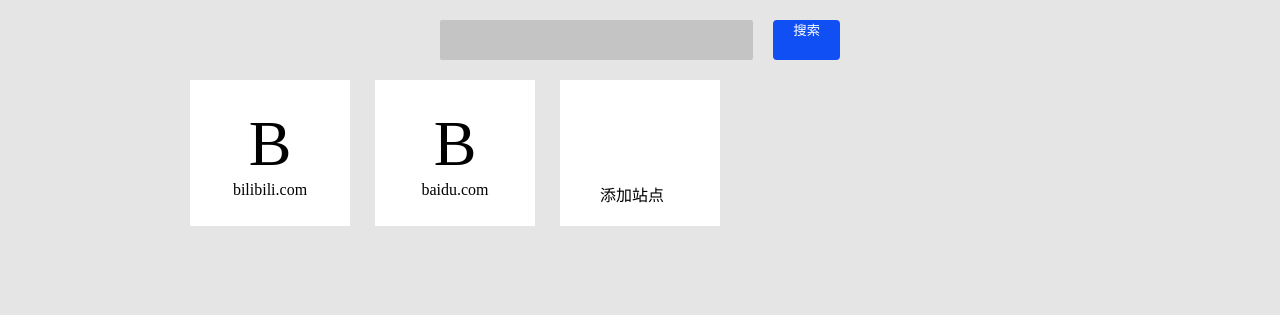
Repository: chenguocan/-
Page: src/index.html
The author's editor kept a copy of each file at every save. The page is drawn from the files as they stood at one save, then again after the next save.
The browser window is 1280 px wide. The pictures show the whole page.

Above is the page before, as saved 2020-08-12 15:16:42.

### src/index.html
<!DOCTYPE html>
<html lang="en">

<head>
    <meta charset="UTF-8">
    <meta name="viewport"
        content="width=device-width,initial-scale=1,minimum-scale=1,maximum-scale=1,user-scalable=no,viewport-fit=cover">
    <meta http-equiv="X-UA-Compatible" content="ie=edge">
    <title>前端导航</title>
    <link rel="stylesheet" href="./style.css">
    <style type="text/css">
        .icon {
            width: 1em;
            height: 1em;
            vertical-align: -0.15em;
            fill: currentColor;
            overflow: hidden;
        }
    </style>
</head>

<body>
    <header class="globalHeader">
        <form class="searchForm" method="get" action="https://www.baidu.com/s">
            <input name="wd" type="text" />
            <button class="searchButton">搜索</button>
        </form>
    </header>
    <main class="globalMain">
        <ul class="siteList">
            <li class="addButton siteUrl">
                <div class="logo">
                    <svg class="icon" aria-hidden="true" style="width: 5em; height:5em">
                        <use xlink:href="#icon-jiahao"></use>
                    </svg>
                    <div class="site">添加站点</div>
                </div>
            </li>
        </ul>
    </main>
    <script src="https://cdn.bootcdn.net/ajax/libs/jquery/3.5.1/jquery.slim.min.js"></script>
    <script src="//at.alicdn.com/t/font_2000749_640re2b3w3g.js"></script>
    <script src="./main.js"></script>
</body>

</html>

### src/style.css
*{
    margin: 0;
    padding: 0;
    box-sizing: border-box;
}
*::before{
    margin: 0;
    padding: 0;
    box-sizing: border-box;
}
*::after{
    margin:0;
    padding: 0;
    box-sizing: border-box;
}
body{
    background:#E5E5E5;
}
ul>li{
    list-style: none;
}
a{
    text-decoration: none;
    color: inherit;
}
.searchForm {
    margin:20px;
    display: flex;
    flex-direction: row;
    flex-wrap: nowrap;
    justify-content: space-between;
}
.globalHeader >.searchForm > input{
    margin: auto;
    width: 100%;
    border: none;
    height: 40px;
    border-radius: 2px;
    background: #C4C4C4;
    padding-left: 10px;
}

.globalMain {
    max-width: 900px;
    margin-left: auto;
    margin-right: auto;
  }
@media(min-width:500px){
    .searchForm{
        max-width: 400px;
        margin-left: auto;
        margin-right: auto;
    }
}
.globalHeader >.searchForm> .searchButton{
    display: flex;
    white-space: nowrap;
    border: none;
    color:white;
    margin-left: 20px;
    background:#0F4FF3;
    border-radius:4px;
    padding:0 20px;
}
.siteList {
    margin: 20px;
    display: flex;
    flex-wrap: wrap;
    justify-content: space-between;
  }

  @media (min-width: 500px){
    .siteList{
      margin-left: 0;
      margin-right: -25px;
      justify-content: flex-start;
    }
  }
.siteList .siteBox,.addButton{
    display: flex;
    flex-direction: column;
    justify-content: center;
    align-items: center;
    flex-wrap: wrap;
    height: 146px;
    width: 160px;
    margin-bottom: 10px;
    background:#FFFFFF;
}
@media(min-width:500px){
    .siteList .siteBox,.addButton{
        margin-right: 25px;

    }
}
.siteList .siteBox>.logo{
    font-size: 64px;
}
.siteList .siteBox>.site{
    font-size:16px;
}
.siteBox{
    position: relative;

}
.delete{
    display: inline-block;
    position: absolute;
    right: 0;
    top: 0;
}
.delete>.icon{
    display: none;
    width: 30px;
    height: 30px;
}
.siteList .siteBox:hover>.delete>.icon{
    display: block;
}

### src/main.js
const $siteList = $(".siteList");
const $addButton = $(".addButton");
const $lastLi = $siteList.find('li.last')
const x = localStorage.getItem('x');
const xObject = JSON.parse(x);
const hashMap = xObject || [
    {
        logo: "B",
        url: "https://www.bilibili.com",
    },
    {
        logo: "D",
        url: "https://www.baidu.com"
    }
];
const replaceUrl = ((url) => {
    return url.replace("http://", "").replace("https://", "").replace("www.", "").replace(/\/.*/, '')
})
const hashMapList = () => {
    $siteList.find("li:not(.addButton)").remove();
    hashMap.forEach((item, index) => {
        let $string = $(`
    <li class="site">
        <a href="${item.url}">
            <div class="siteBox">
                <div class="logo">${replaceUrl(item.url)[0].toUpperCase()}</div>
                <div class="siteUrl">${replaceUrl(item.url)}</div>
                <div class="delete">
                <svg class="icon" aria-hidden="true">
                   <use xlink:href="#icon-cha"></use>
                </svg>
               </div>
             </div>
        </a>
    </li>
    `).insertBefore($addButton);
        $(".delete>svg").on('click', (e) => {
            e.stopPropagation(); // 阻止冒泡
            hashMap.splice(index, 1);
            hashMapList();
        })
    })
}
hashMapList();
$addButton.on("click", () => {
    let addUrl = window.prompt("请输入要添加的站点");
    if (addUrl !== null) {
        let logo = replaceUrl(addUrl)[0].toUpperCase();
        let url = addUrl;
        if (addUrl.indexOf("https") === -1) {
            url = "https://" + addUrl;
        }
        //console.log(logo, url)
        let addList = {
            logo,
            url,
        };
        hashMap.push(addList);
        hashMapList();
    }
})
window.onbeforeunload = (() => {
    const value = JSON.stringify(hashMap);
    window.localStorage.setItem("x", value);
})

After the next save:
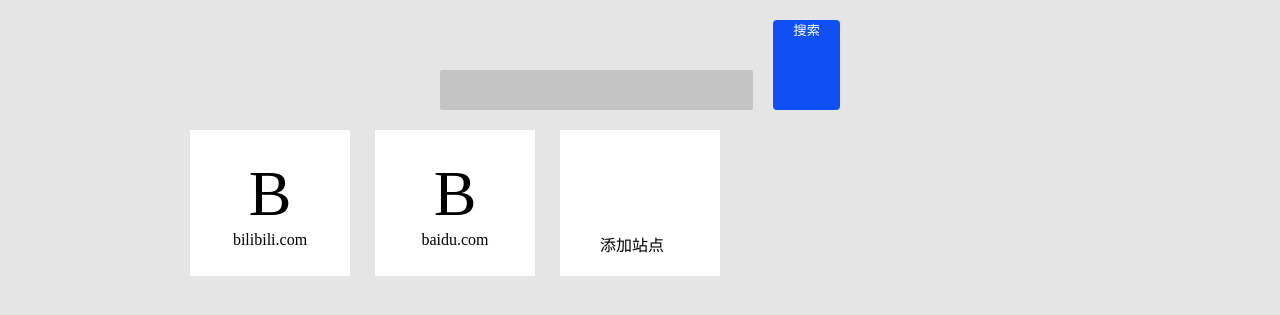
Saved 8 s later.
--- a/src/style.css
+++ b/src/style.css
@@ -31,7 +31,7 @@
     justify-content: space-between;
 }
 .globalHeader >.searchForm > input{
-    margin: auto;
+    margin-top:50px;
     width: 100%;
     border: none;
     height: 40px;
